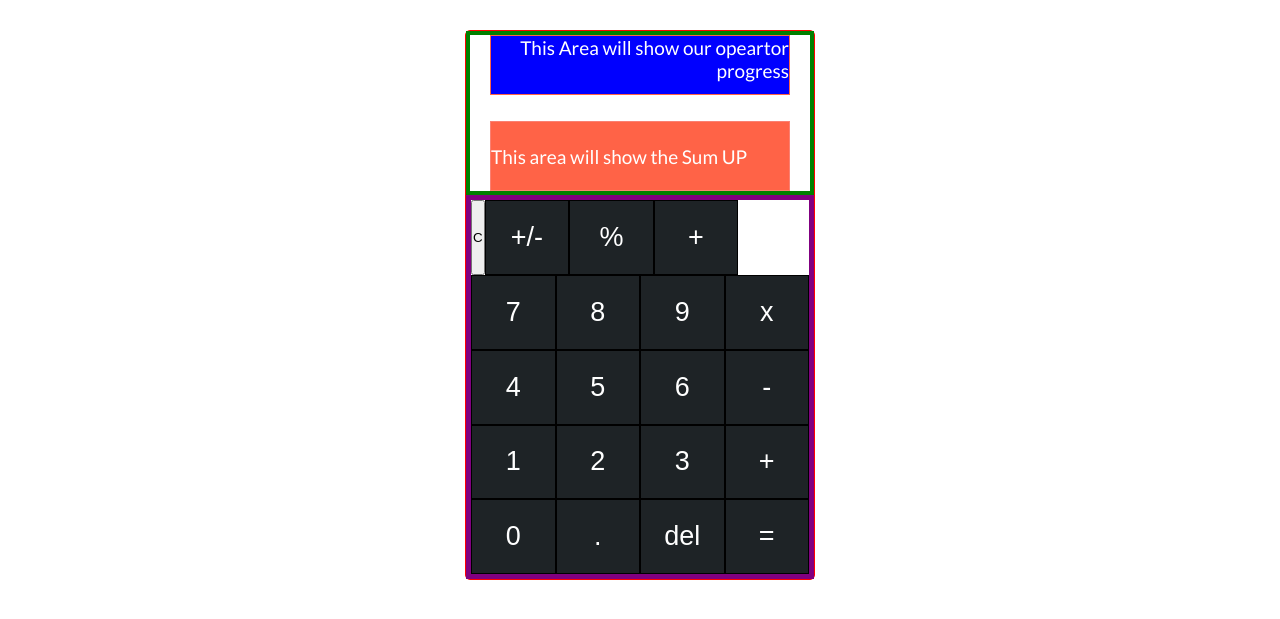
Repository: OfirLana/Calculator
Page: index.html
The author's editor kept a copy of each file at every save. The page is drawn from the files as they stood at one save, then again after the next save.
The browser window is 1280 px wide. The pictures show the whole page.

Above is the page before, as saved 2019-03-12 21:20:42.

After the next save:
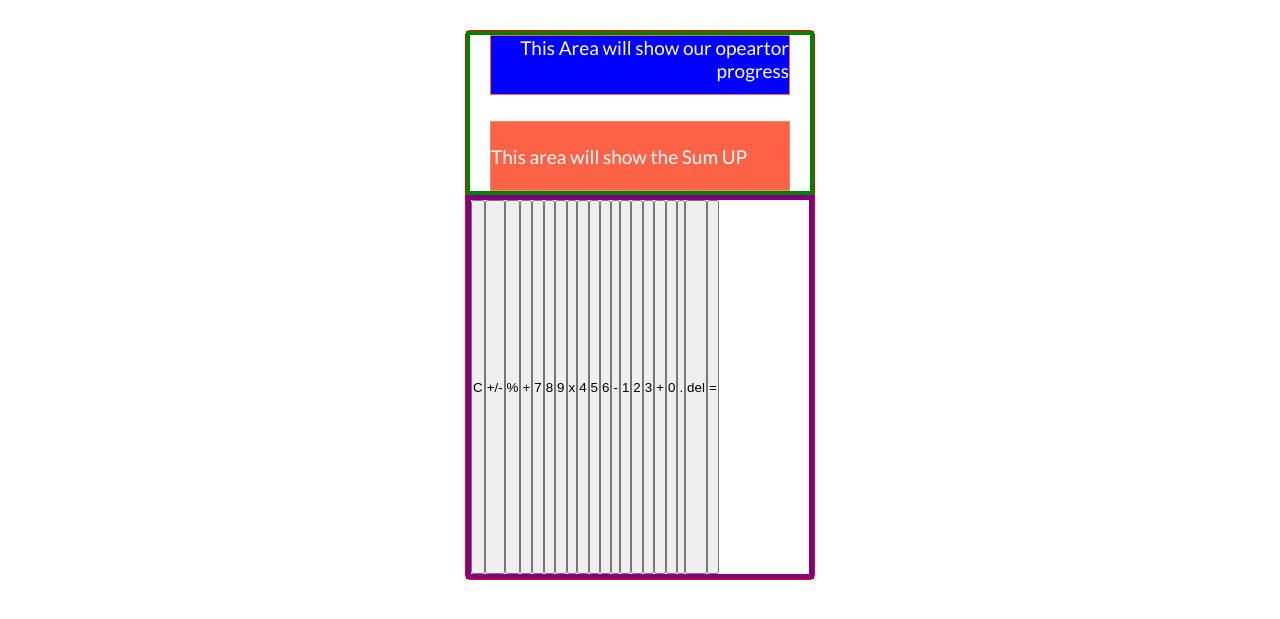
Saved 11 s later.
--- a/index.html
+++ b/index.html
@@ -28,25 +28,25 @@
 
         <div class="opeartor_box">
             <button class="op_btn">C</button>
-            <button class="opeartor_button">+/-</button>
-            <button class="opeartor_button">%</button>
-            <button class="opeartor_button">+</button>
-            <button class="opeartor_button">7</button>
-            <button class="opeartor_button">8</button>
-            <button class="opeartor_button">9</button>
-            <button class="opeartor_button">x</button>
-            <button class="opeartor_button">4</button>
-            <button class="opeartor_button">5</button>
-            <button class="opeartor_button">6</button>
-            <button class="opeartor_button">-</button>
-            <button class="opeartor_button">1</button>
-            <button class="opeartor_button">2</button>
-            <button class="opeartor_button">3</button>
-            <button class="opeartor_button">+</button>
-            <button class="opeartor_button">0</button>
-            <button class="opeartor_button">.</button>
-            <button class="opeartor_button">del</button>
-            <button class="opeartor_button">=</button>
+            <button class="btn">+/-</button>
+            <button class="btn">%</button>
+            <button class="btn">+</button>
+            <button class="btn">7</button>
+            <button class="btn">8</button>
+            <button class="btn">9</button>
+            <button class="btn">x</button>
+            <button class="btn">4</button>
+            <button class="btn">5</button>
+            <button class="btn">6</button>
+            <button class="btn">-</button>
+            <button class="btn">1</button>
+            <button class="btn">2</button>
+            <button class="btn">3</button>
+            <button class="btn">+</button>
+            <button class="btn">0</button>
+            <button class="btn">.</button>
+            <button class="btn">del</button>
+            <button class="btn">=</button>
 
 
         </div>
